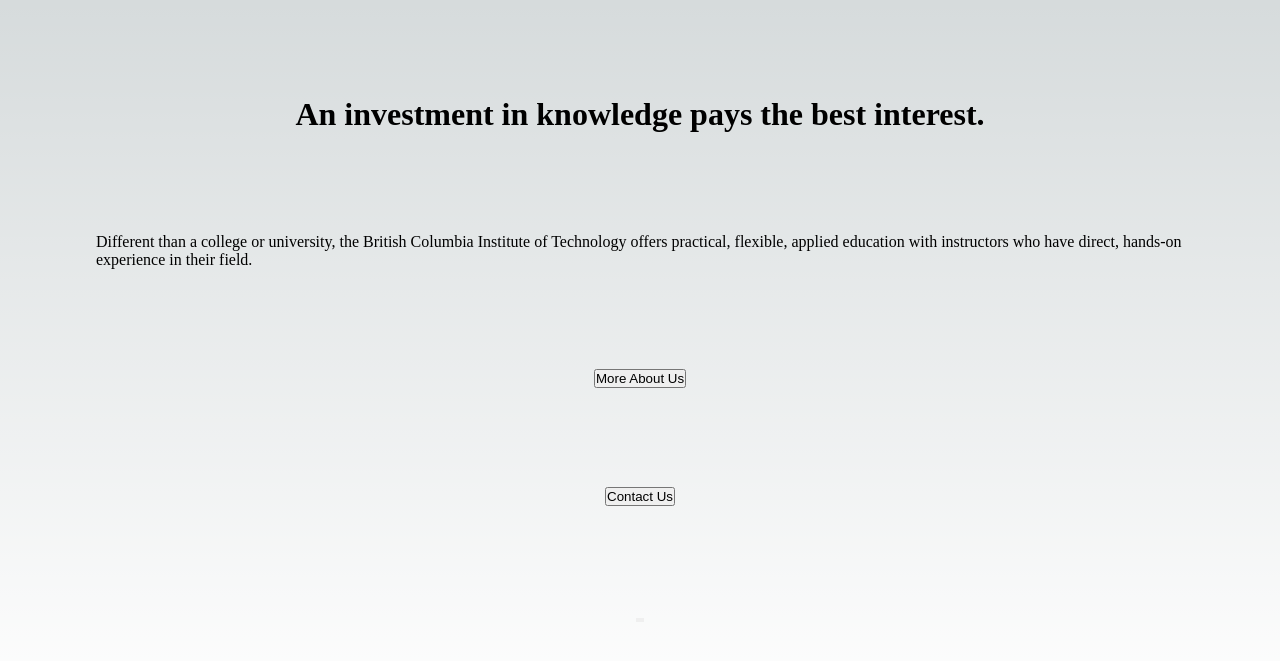
Repository: jennydmcm/assignment-1-playwright-site-A01338943
Page: /
The author's editor kept a copy of each file at every save. The page is drawn from the files as they stood at one save, then again after the next save.
The browser window is 1280 px wide. The pictures show the whole page.
The project was rebuilt for these pictures with package versions that can differ from the ones it lists, and the page was loaded fresh each time. The framework's server and built-in components were replaced by stand-ins that run in the browser. Also part of the build but not shown: next.config.js.

Above is the page before, as saved 2023-02-03 15:05:52.

After the next save:
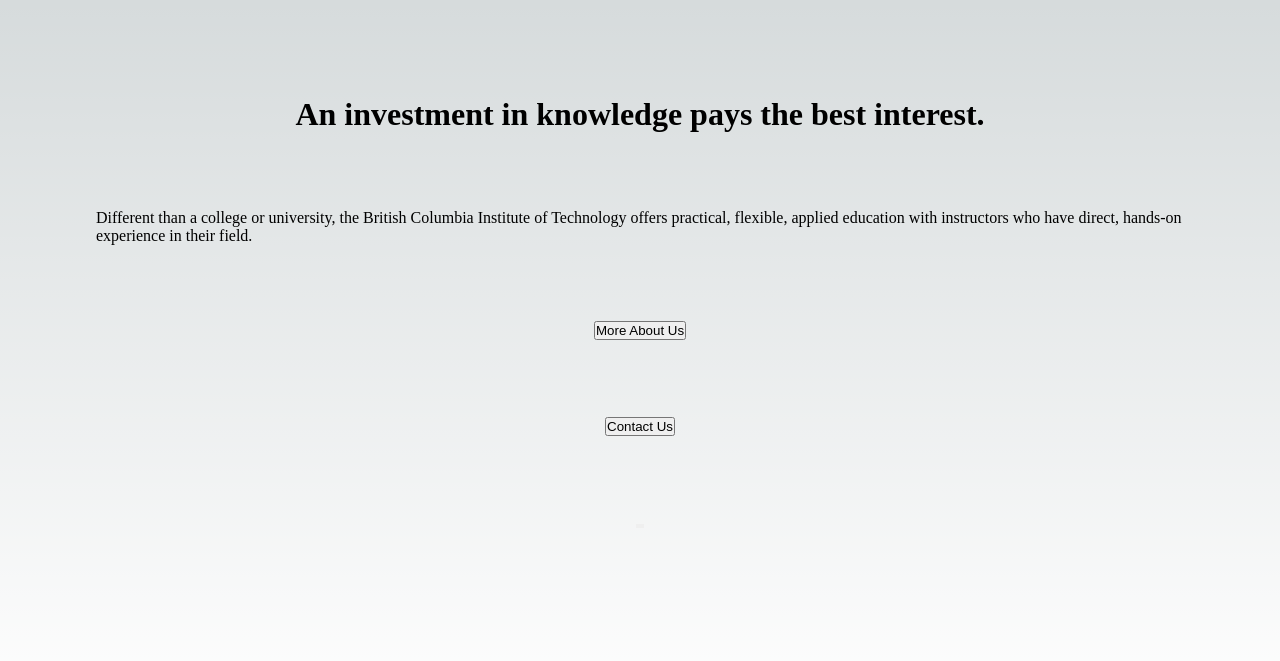
Saved 70 s later.
--- a/pages/index.js
+++ b/pages/index.js
@@ -26,6 +26,8 @@
         <a>
           <button></button>
           <button></button>
+         </a>
+         <a>
           <span>
             <img></img>
           </span>
